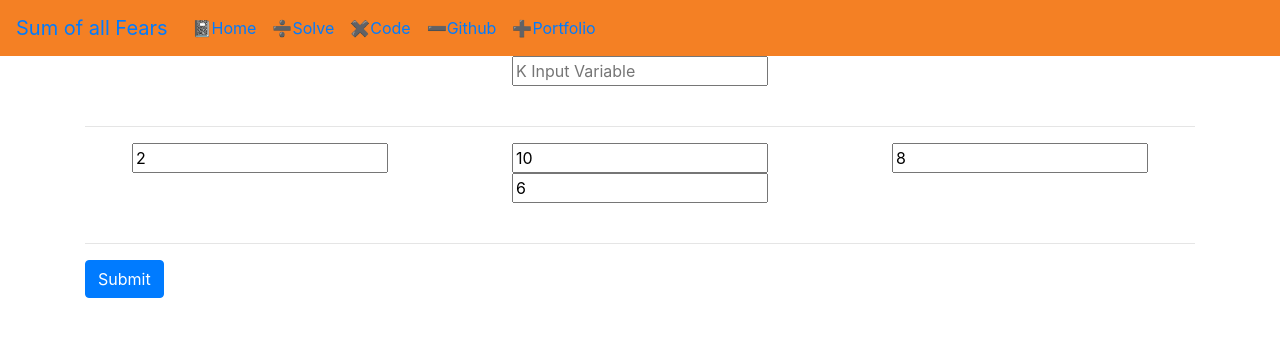
Repository: zhadjah9559/BrainBufferOverflow
Page: solve.html
The author's editor kept a copy of each file at every save. The page is drawn from the files as they stood at one save, then again after a run of saves.
The browser window is 1280 px wide. The pictures show the whole page.

Above is the page before, as saved 2021-01-18 01:15:31.

After the next 2 saves:
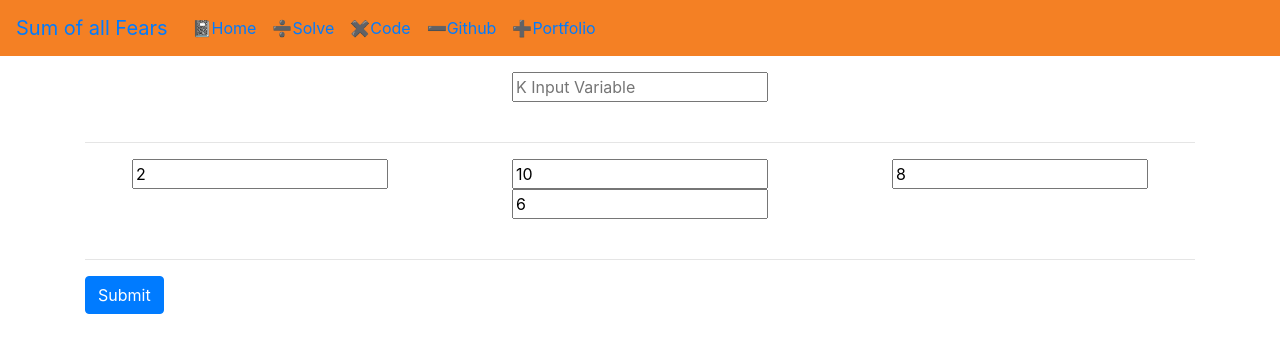
The 2 saves are shown as one change because they came seconds apart.
The last was saved 33 s later.
--- a/solve.html
+++ b/solve.html
@@ -39,7 +39,7 @@
     <div class="container">
 
         <!--K input variable-->
-       <div class="row justify-content-center">
+       <div class="row justify-content-center pt-3">
             <input type="number" id="kInput" name="kInput"  placeholder="K Input Variable">
        </div>
        <br/>
